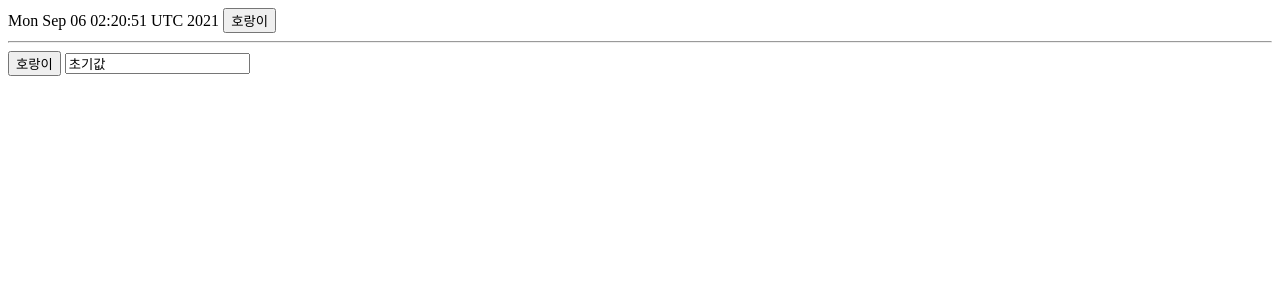
Repository: soobin10236/Class
Page: http://localhost/Web10/
An editor plug-in stored every save of this project. The page is shown before and after the next save, followed by the edit.
The browser window is 1280 px wide. The pictures show the whole page.
The page is served by Tomcat 9.

Above is the page before, as saved 2021-09-08 02:42:26.

After the next save:
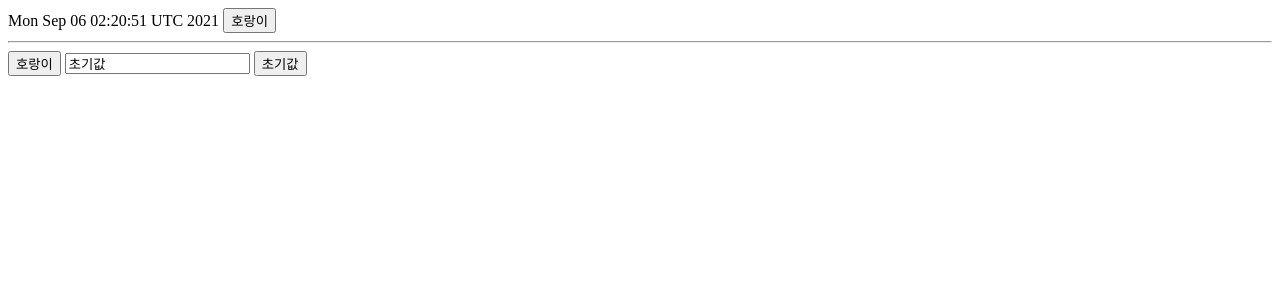
Saved 18 s later.
--- a/Web10/src/main/webapp/index.jsp
+++ b/Web10/src/main/webapp/index.jsp
@@ -26,6 +26,7 @@
 	<hr/>
 	<button>호랑이</button>
 	<input type="text" value="초기값"/>
+	<input type="submit" value="초기값"/>
 
 	<%-- <!-- ex7) JSP for문-->
 	<body bgcolor = <%="green" %>>
